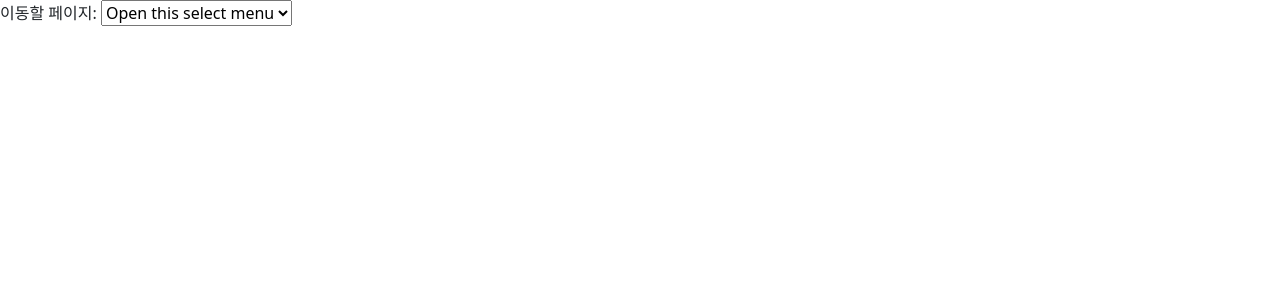
Repository: yeobleeme/06_jsp_basic
Page: http://localhost/jsp01_basic/jsp06_action/jsp07_forward_01.jsp
The author's editor kept a copy of each file at every save. The page is drawn from the files as they stood at one save, then again after the next save.
The browser window is 1280 px wide. The pictures show the whole page.
The page is served by Tomcat 9.

Above is the page before, as saved 2023-05-11 06:31:48.

After the next save:
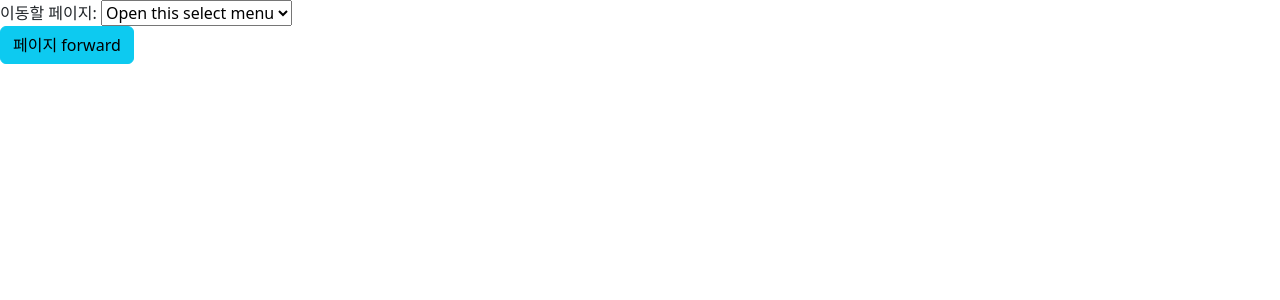
Saved 32 s later.
--- a/jsp01_basic/WebContent/jsp06_action/jsp07_forward_01.jsp
+++ b/jsp01_basic/WebContent/jsp06_action/jsp07_forward_01.jsp
@@ -18,6 +18,8 @@
 			<option value="2">2nd page</option>
 			<option value="3">3rd page</option>
 		</select>
+		<br />
+		<input type="submit" class="btn btn-info" value="페이지 forward" />
 	</form>
 </body>
 </html>
